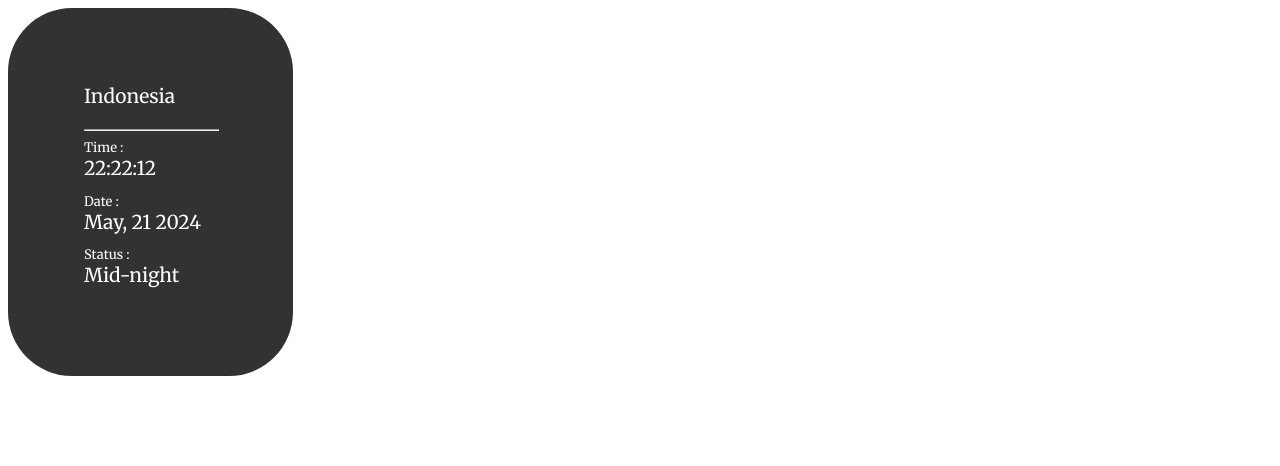
Repository: SnakeXrnt/notion-clock
Page: indonesia.html
An editor plug-in stored every save of this project. The page is shown before and after the next save, followed by the edit.
The browser window is 1280 px wide. The pictures show the whole page.

Above is the page before, as saved 2024-05-21 16:44:16.

### indonesia.html
<!DOCTYPE html>
<html lang="en">
<head>
    <meta charset="UTF-8">
    <meta name="viewport" content="width=device-width, initial-scale=1.0">
    <title>Indonesia</title>
    <link rel="preconnect" href="https://fonts.googleapis.com">
    <link rel="preconnect" href="https://fonts.gstatic.com" crossorigin>
    <link href="https://fonts.googleapis.com/css2?family=Merriweather:ital,wght@0,300;0,400;0,700;0,900;1,300;1,400;1,700;1,900&display=swap" rel="stylesheet">
    <style>
        h1, h2, h3 {
            margin: 0px;
            font-family: "Merriweather", serif;
            font-weight: 400;
            font-style: normal;
            color: white;
        }

        h1 {
            font-size: larger;
            padding-bottom: 1vw;
        }
        h2 {
            font-size: small;
        }



        .box {
            display: flex;
            flex-direction: column;
            width: 100pt;
            height: max-content;
            border: 6vw solid rgb(50, 50, 50);
            background-color: rgb(50, 50, 50);
            border-radius: 5vw;

        }
    </style>
    <script>
        function updateTime() {
            const timeElement = document.querySelector('.time');
            const dateElement = document.querySelector('.date');
            const statusElement = document.querySelector('.status');

            const now = new Date();
            const options = { timeZone: 'Asia/Jakarta' };
            const jakartaTime = new Date(now.toLocaleString('en-US', options));

            const hours = jakartaTime.getHours();
            const minutes = jakartaTime.getMinutes();
            const seconds = jakartaTime.getSeconds();

            timeElement.innerHTML = `${hours}:${minutes < 10 ? '0' : ''}${minutes}<span class="blink">:</span>${seconds < 10 ? '0' : ''}${seconds}`;

            const monthNames = ["January", "February", "March", "April", "May", "June", "July", "August", "September", "October", "November", "December"];
            const month = monthNames[jakartaTime.getMonth()];
            const date = jakartaTime.getDate();
            const year = jakartaTime.getFullYear();

            dateElement.innerHTML = `${month}, ${date} ${year}`;

            const hourOfDay = jakartaTime.getHours();
            let status = '';
            if (hourOfDay >= 5 && hourOfDay < 12) {
                status = 'Morning';
            } else if (hourOfDay >= 12 && hourOfDay < 15) {
                status = 'Mid-day';
            } else if (hourOfDay >= 15 && hourOfDay < 18) {
                status = 'Afternoon';
            } else if (hourOfDay >= 18 && hourOfDay < 21) {
                status = 'Evening';
            } else {
                status = 'Mid-night';
            }

            statusElement.innerHTML = status;

            // Toggle blink class
            const blinkElements = document.querySelectorAll('.blink');
            blinkElements.forEach(element => {
                element.classList.toggle('hidden');
            });
        }

        setInterval(updateTime, 1000); // Update every second
    </script>
</head>
<body>
    <div class="box">
        <h1>Indonesia</h1>
        <hr width="100%">
        <h2>Time :</h2>
        <h1 class="time"></h1>
        <h2>Date :</h2>
        <h1 class="date"></h1>
        <h2>Status : </h2>
        <h1 class="status"></h1>

    </div>
</body>
</html>

After the next save:
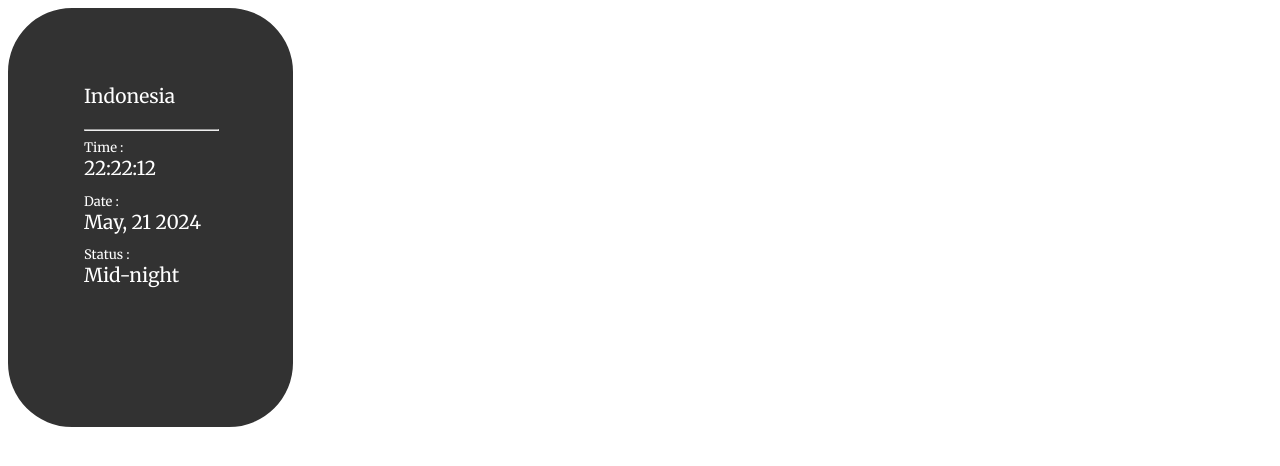
Saved 2 min 52 s later.
--- a/indonesia.html
+++ b/indonesia.html
@@ -30,7 +30,7 @@
             display: flex;
             flex-direction: column;
             width: 100pt;
-            height: max-content;
+            height: 200pt;
             border: 6vw solid rgb(50, 50, 50);
             background-color: rgb(50, 50, 50);
             border-radius: 5vw;
